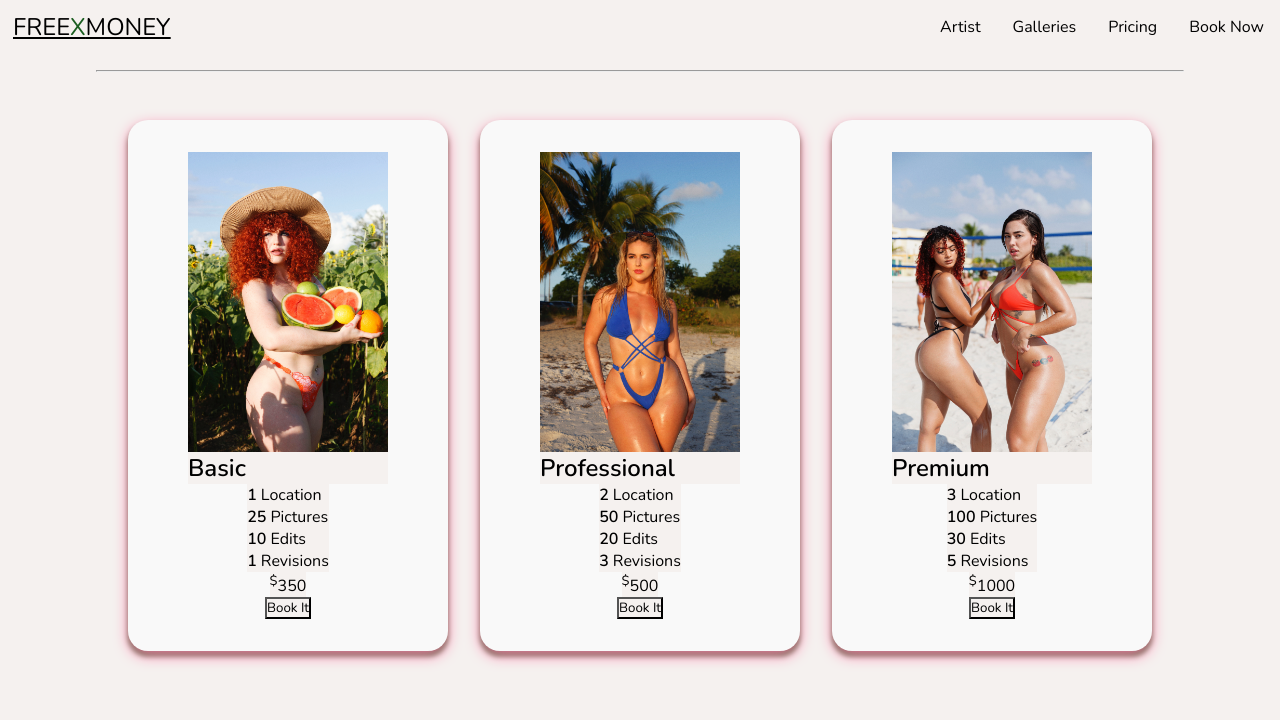
Repository: burntaftermint/freexmoney-draft
Page: price.html
These files come from the project's save history. The page is drawn as it stood at one moment and after the next save; the edit follows.
The browser window is 1280 px wide. The pictures show the whole page.
Some web fonts or font styles are not loaded; a fallback is used.

Above is the page before, as saved 2024-06-11 01:52:06.

After the next save:
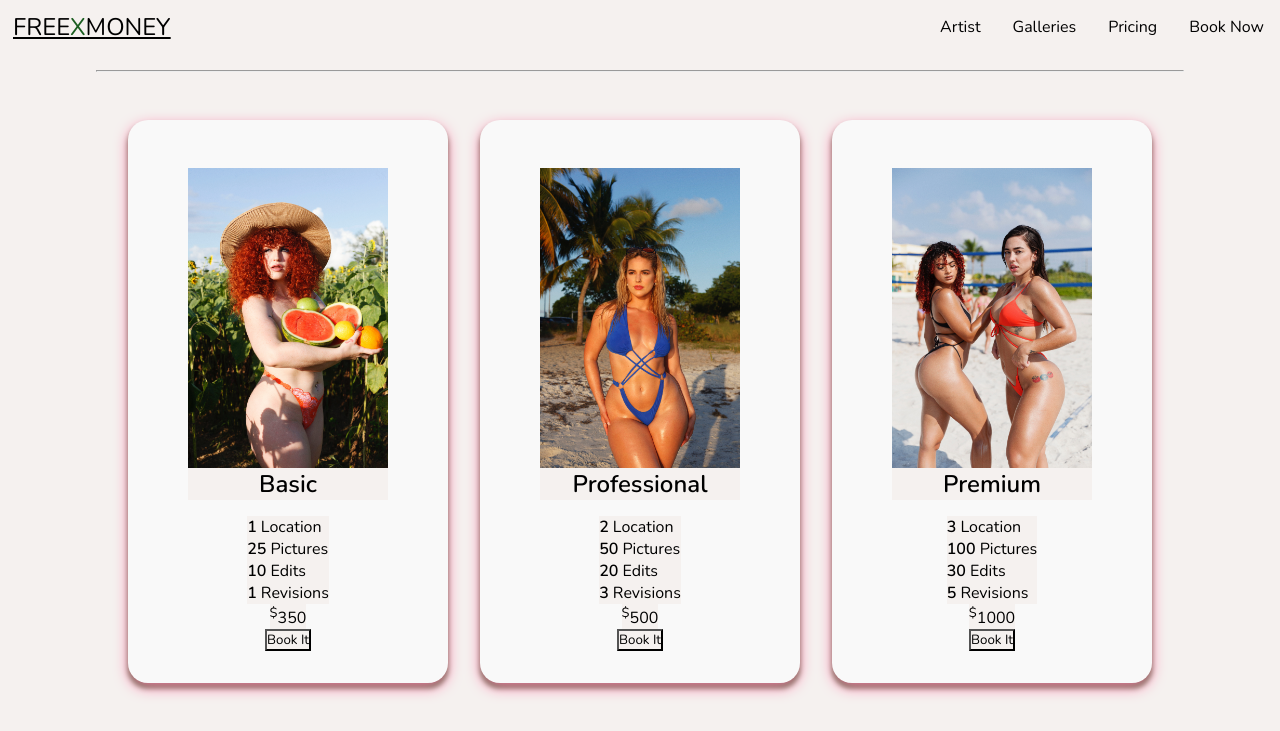
Saved 2 min 48 s later.
--- a/style.css
+++ b/style.css
@@ -346,6 +346,14 @@ border-radius: 10px;
     transform: all 0.2 ease-in;
 }
 
+.card-wrapper:hover {
+    transform: scale(1.1);
+}
+
+.card-header {
+    margin: 1rem;
+    text-align: center;
+}
 
 
 
